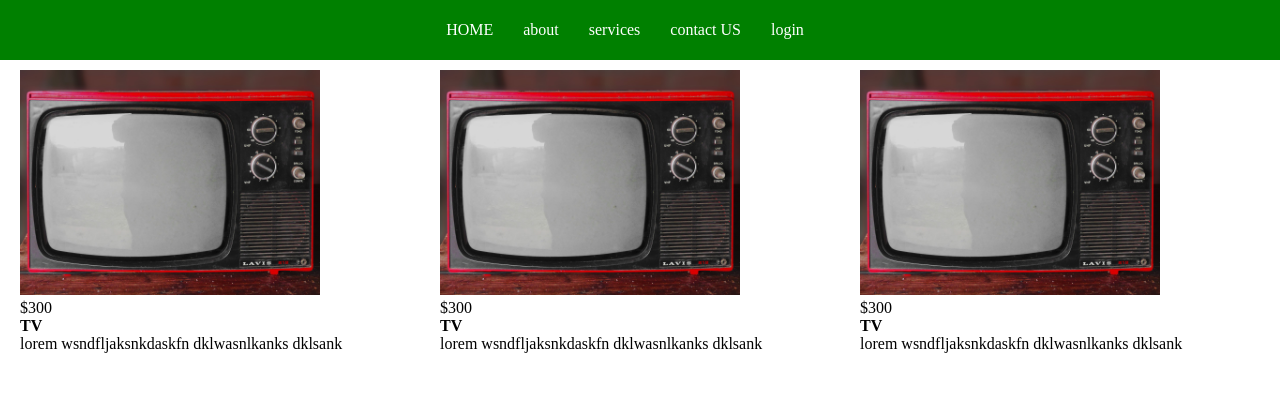
Repository: viveknaidu007/repo-166-Full-Stack-Development-Learning-Notes-Innomatics-2024
Page: module_1-html,css,bootstrap/sept_25_2024/index.html
The author's editor kept a copy of each file at every save. The page is drawn from the files as they stood at one save, then again after the next save.
The browser window is 1280 px wide. The pictures show the whole page.

Above is the page before, as saved 2024-09-28 00:18:14.

### module_1-html,css,bootstrap/sept_25_2024/index.html
<!DOCTYPE html>
<html lang="en">
<head>
    <meta charset="UTF-8">
    <meta name="viewport" content="width=device-width, initial-scale=1.0">
    <title>flex_box</title>

    <style>
        ul{
            display: flex;
            list-style-type: none;
            background-color: green;
            color: white;
            height:60px;
            justify-content: center;
            align-items: center;
        }

        ul li{
            margin-right: 30px;
        }

        *{
            margin:0px;
            padding:0px;
            justify-content: center;
        }

        .product{
            width: 400px;
            height : 350px;
            border: 2px solid blaxk;
            border-radius: 10px;
            margin: auto;
        }

        img{
            width: 300px;
        }

        .container{
            display: flex;
            margin : 10px;
        }

    </style>
</head>
<body>
    <header>
        <nav>
            <ul>
                <li> HOME </li>
                <li> about </li>
                <li> services </li>
                <li> contact US </li>
                <li> login </li>
            </ul>
        </nav>
    </header>

    <div class="container">

        <div class="product">
            <img src="vintage-tv-1116587_1280.jpg" alt="">
            <p> $300 </p>
            <h4> TV </h4>
            <p> lorem wsndfljaksnkdaskfn dklwasnlkanks dklsank</p>

        </div>

        <div class="product">
            <img src="vintage-tv-1116587_1280.jpg" alt="">
            <p> $300 </p>
            <h4> TV </h4>
            <p> lorem wsndfljaksnkdaskfn dklwasnlkanks dklsank</p>

        </div>

        <div class="product">
            <img src="vintage-tv-1116587_1280.jpg" alt="">
            <p> $300 </p>
            <h4> TV </h4>
            <p> lorem wsndfljaksnkdaskfn dklwasnlkanks dklsank</p>

        </div>

    </div>



</body>
</html>

After the next save:
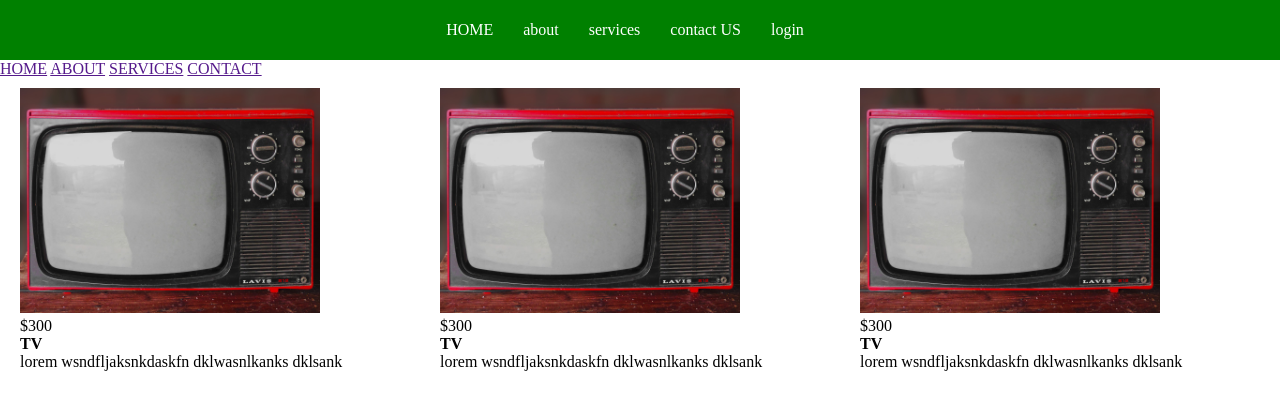
Saved 2 min 48 s later.
--- a/module_1-html,css,bootstrap/sept_25_2024/index.html
+++ b/module_1-html,css,bootstrap/sept_25_2024/index.html
@@ -58,6 +58,17 @@
         </nav>
     </header>
 
+
+    <div class="sub-nav">
+
+        <div>
+            <a href="">HOME</a>
+            <a href="">ABOUT</a>
+            <a href="">SERVICES</a>
+            <a href="">CONTACT</a>
+        </div>
+    </div>
+
     <div class="container">
 
         <div class="product">
